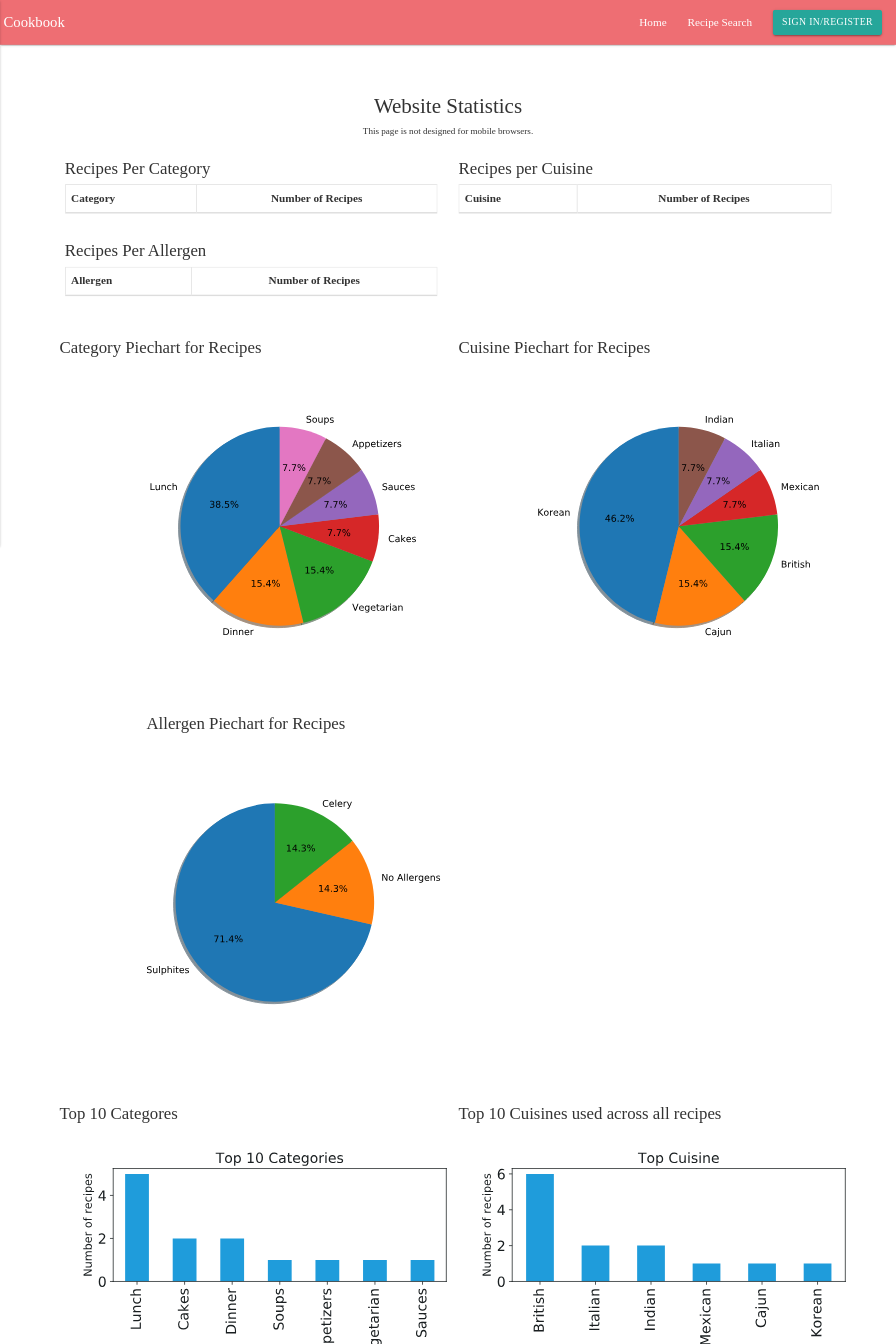
Repository: GrantMCA93/data-centric-dev-milestone-project
Page: templates/websitestats.html
The author's editor kept a record of every edit. The page is drawn from the files as they stood at one moment, then again after the next edit.
The browser window is 1280 px wide. The pictures show the part of the page from y = 0 to 1920 px (the page is 2732 px tall before and 3229 px after), at 70% of full size.
Some web libraries are served in a nearby version. The template is drawn by Flask 3. The application's start-up code is not run. The template is opened directly, without the code that normally fills it, so the values that code supplies are empty.

Above is the page before.

After the next edit:
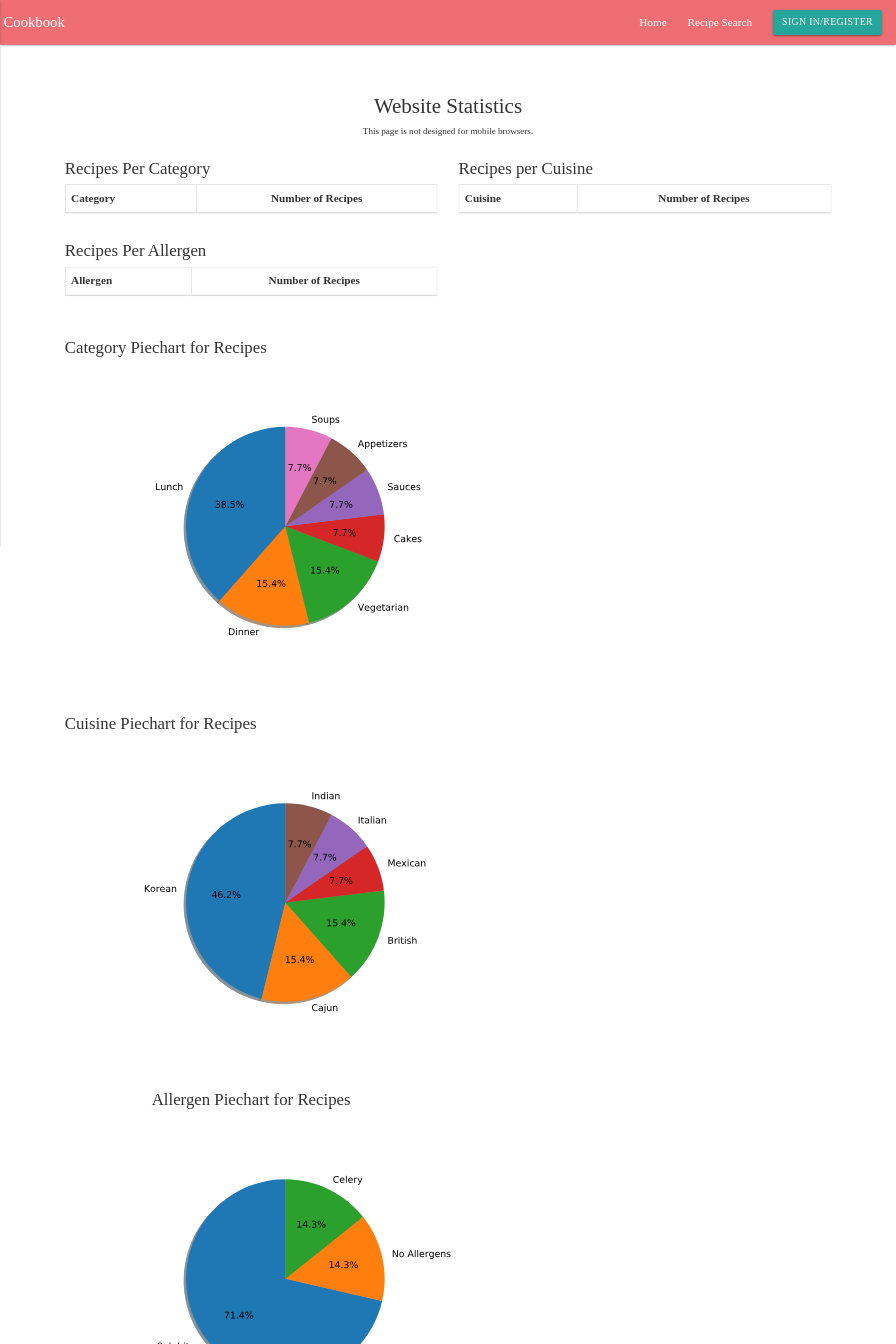
The edit:
--- a/templates/websitestats.html
+++ b/templates/websitestats.html
@@ -74,17 +74,17 @@
     </div>
     <div class="row">
       <!-- Categories piechart for recipes -->
-      <div class="row">
-      <div class="col-xs-6 ">
-        <h3>Category Piechart for Recipes</h3>
-        <img src="static/img/graphs/piechart-category.svg">
+        <div class="col-xs-6 ">
+          <h3>Category Piechart for Recipes</h3>
+          <img src="static/img/graphs/piechart-category.svg">
+        </div>
       </div>
       <!-- Cuisine piechart for recipes -->
       <div class="row">
-      <div class="col-xs-6 ">
-        <h3>Cuisine Piechart for Recipes</h3>
-        <img src="static/img/graphs/piechart-cuisine.svg">
-      </div>
+        <div class="col-xs-6 ">
+          <h3>Cuisine Piechart for Recipes</h3>
+          <img src="static/img/graphs/piechart-cuisine.svg">
+        </div>
       </div>
       <!-- Allergens piechart for recipes -->
       <div class="row">
